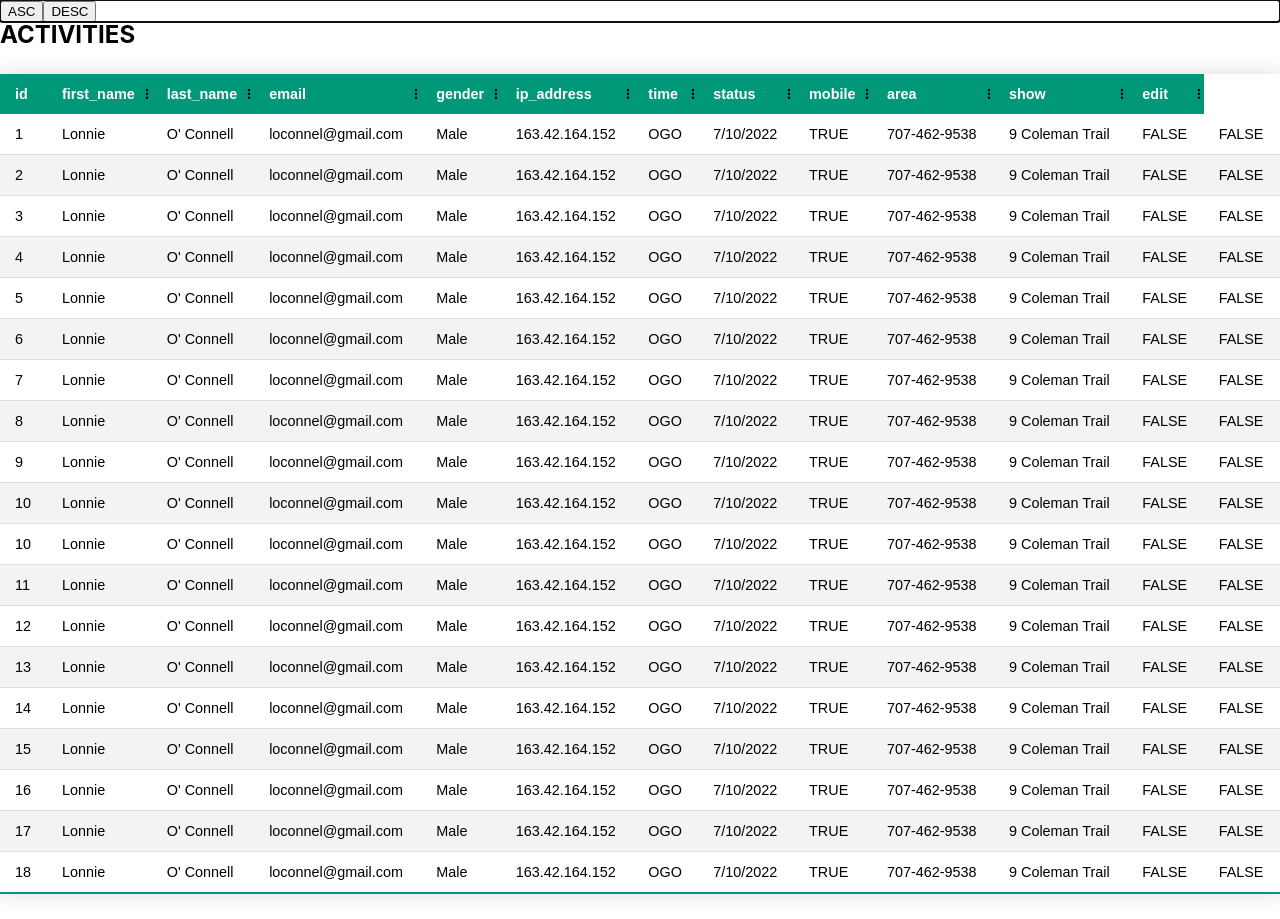
Repository: kartik077-cr7/Ckart
Page: /, after clicking the first element matching `img`
The author's editor kept a copy of each file at every save. The page is drawn from the files as they stood at one save, then again after the next save.
The browser window is 1280 px wide. The pictures show the whole page.
The project was rebuilt for these pictures with package versions that can differ from the ones it lists, and the page was loaded fresh each time.

Above is the page before, as saved 2022-12-10 17:47:25.

### src/App.js
import Table from "./components/Table";
import './App.css';

const driversData = [
  {
    id: 1,
    first_name: "Lonnie",
		last_name: "O' Connell ",
		email: "loconnel@gmail.com",
		gender: "Male",
		ip_address: "163.42.164.152",
		airport_code:"OGO",
		time:"7/10/2022",
		status:"TRUE",
		mobile:"707-462-9538",
		area: "9 Coleman Trail",
		show: "FALSE",
		edit: "FALSE"
  },
  {
    id: 2,
    first_name: "Lonnie",
		last_name: "O' Connell ",
		email: "loconnel@gmail.com",
		gender: "Male",
		ip_address: "163.42.164.152",
		airport_code:"OGO",
		time:"7/10/2022",
		status:"TRUE",
		mobile:"707-462-9538",
		area: "9 Coleman Trail",
		show: "FALSE",
		edit: "FALSE"
  },
  {
    id: 3,
    first_name: "Lonnie",
		last_name: "O' Connell ",
		email: "loconnel@gmail.com",
		gender: "Male",
		ip_address: "163.42.164.152",
		airport_code:"OGO",
		time:"7/10/2022",
		status:"TRUE",
		mobile:"707-462-9538",
		area: "9 Coleman Trail",
		show: "FALSE",
		edit: "FALSE"
  },
  {
    id: 4,
    first_name: "Lonnie",
		last_name: "O' Connell ",
		email: "loconnel@gmail.com",
		gender: "Male",
		ip_address: "163.42.164.152",
		airport_code:"OGO",
		time:"7/10/2022",
		status:"TRUE",
		mobile:"707-462-9538",
		area: "9 Coleman Trail",
		show: "FALSE",
		edit: "FALSE"
  },
  {
    id: 5,
		first_name: "Lonnie",
		last_name: "O' Connell ",
		email: "loconnel@gmail.com",
		gender: "Male",
		ip_address: "163.42.164.152",
		airport_code:"OGO",
		time:"7/10/2022",
		status:"TRUE",
		mobile:"707-462-9538",
		area: "9 Coleman Trail",
		show: "FALSE",
		edit: "FALSE"
  },
  {
    id: 6,
		first_name: "Lonnie",
		last_name: "O' Connell ",
		email: "loconnel@gmail.com",
		gender: "Male",
		ip_address: "163.42.164.152",
		airport_code:"OGO",
		time:"7/10/2022",
		status:"TRUE",
		mobile:"707-462-9538",
		area: "9 Coleman Trail",
		show: "FALSE",
		edit: "FALSE"
  },
  {
    id: 7,
		first_name: "Lonnie",
		last_name: "O' Connell ",
		email: "loconnel@gmail.com",
		gender: "Male",
		ip_address: "163.42.164.152",
		airport_code:"OGO",
		time:"7/10/2022",
		status:"TRUE",
		mobile:"707-462-9538",
		area: "9 Coleman Trail",
		show: "FALSE",
		edit: "FALSE"
  },
  {
    id: 8,
		first_name: "Lonnie",
		last_name: "O' Connell ",
		email: "loconnel@gmail.com",
		gender: "Male",
		ip_address: "163.42.164.152",
		airport_code:"OGO",
		time:"7/10/2022",
		status:"TRUE",
		mobile:"707-462-9538",
		area: "9 Coleman Trail",
		show: "FALSE",
		edit: "FALSE"
  },
  {
    id: 9,
		first_name: "Lonnie",
		last_name: "O' Connell ",
		email: "loconnel@gmail.com",
		gender: "Male",
		ip_address: "163.42.164.152",
		airport_code:"OGO",
		time:"7/10/2022",
		status:"TRUE",
		mobile:"707-462-9538",
		area: "9 Coleman Trail",
		show: "FALSE",
		edit: "FALSE"
  },
  {
    id: 10,
    first_name: "Lonnie",
		last_name: "O' Connell ",
		email: "loconnel@gmail.com",
		gender: "Male",
		ip_address: "163.42.164.152",
		airport_code:"OGO",
		time:"7/10/2022",
		status:"TRUE",
		mobile:"707-462-9538",
		area: "9 Coleman Trail",
		show: "FALSE",
		edit: "FALSE"
  },
  {
    id: 10,
		first_name: "Lonnie",
		last_name: "O' Connell ",
		email: "loconnel@gmail.com",
		gender: "Male",
		ip_address: "163.42.164.152",
		airport_code:"OGO",
		time:"7/10/2022",
		status:"TRUE",
		mobile:"707-462-9538",
		area: "9 Coleman Trail",
		show: "FALSE",
		edit: "FALSE"

  },
  {
    id: 11,
    first_name: "Lonnie",
		last_name: "O' Connell ",
		email: "loconnel@gmail.com",
		gender: "Male",
		ip_address: "163.42.164.152",
		airport_code:"OGO",
		time:"7/10/2022",
		status:"TRUE",
		mobile:"707-462-9538",
		area: "9 Coleman Trail",
		show: "FALSE",
		edit: "FALSE"
  },
  {
    id: 12,
    first_name: "Lonnie",
		last_name: "O' Connell ",
		email: "loconnel@gmail.com",
		gender: "Male",
		ip_address: "163.42.164.152",
		airport_code:"OGO",
		time:"7/10/2022",
		status:"TRUE",
		mobile:"707-462-9538",
		area: "9 Coleman Trail",
		show: "FALSE",
		edit: "FALSE"
  },
  {
    id: 13,
		first_name: "Lonnie",
		last_name: "O' Connell ",
		email: "loconnel@gmail.com",
		gender: "Male",
		ip_address: "163.42.164.152",
		airport_code:"OGO",
		time:"7/10/2022",
		status:"TRUE",
		mobile:"707-462-9538",
		area: "9 Coleman Trail",
		show: "FALSE",
		edit: "FALSE"
  },
  {
    id: 14,
		first_name: "Lonnie",
		last_name: "O' Connell ",
		email: "loconnel@gmail.com",
		gender: "Male",
		ip_address: "163.42.164.152",
		airport_code:"OGO",
		time:"7/10/2022",
		status:"TRUE",
		mobile:"707-462-9538",
		area: "9 Coleman Trail",
		show: "FALSE",
		edit: "FALSE"
  },
  {
    id: 15,
		first_name: "Lonnie",
		last_name: "O' Connell ",
		email: "loconnel@gmail.com",
		gender: "Male",
		ip_address: "163.42.164.152",
		airport_code:"OGO",
		time:"7/10/2022",
		status:"TRUE",
		mobile:"707-462-9538",
		area: "9 Coleman Trail",
		show: "FALSE",
		edit: "FALSE"
  },
  {
    id: 16,
		first_name: "Lonnie",
		last_name: "O' Connell ",
		email: "loconnel@gmail.com",
		gender: "Male",
		ip_address: "163.42.164.152",
		airport_code:"OGO",
		time:"7/10/2022",
		status:"TRUE",
		mobile:"707-462-9538",
		area: "9 Coleman Trail",
		show: "FALSE",
		edit: "FALSE"
  },
  {
    id: 17,
		first_name: "Lonnie",
		last_name: "O' Connell ",
		email: "loconnel@gmail.com",
		gender: "Male",
		ip_address: "163.42.164.152",
		airport_code:"OGO",
		time:"7/10/2022",
		status:"TRUE",
		mobile:"707-462-9538",
		area: "9 Coleman Trail",
		show: "FALSE",
		edit: "FALSE"
  },
  {
    id: 18,
		first_name: "Lonnie",
		last_name: "O' Connell ",
		email: "loconnel@gmail.com",
		gender: "Male",
		ip_address: "163.42.164.152",
		airport_code:"OGO",
		time:"7/10/2022",
		status:"TRUE",
		mobile:"707-462-9538",
		area: "9 Coleman Trail",
		show: "FALSE",
		edit: "FALSE"
  },
];


function App() {
  return (
    <div className="App">
			<Table
			   data = {driversData}
			   headingColumns={["id","first_name","last_name","email","gender","ip_address","time","status","mobile","area","show","edit"]}
				 title = "Activities"
			/>
    </div>
  );
}

export default App;

### src/components/Table.js
import React from "react";
import Column from "./Column";

const Table = ({ data,headingColumns,title,handleFilter,sortedCol }) => {

	const rowDatas = data.map((row,index) => {

		let rowData = [];
		let i = 0;

		for(const key in row){
			rowData.push({
				key: headingColumns[i],
				val: row[key]
			});
			i++;
		}

		const checkStatus = (data) => {
			if(data.key == 'status')
			{
				if(data.val == 'FALSE')
				  return 'red';
				else
				  return 'green';
			}
			else
			  return '';
		}

		return <tr key={index}>
		{rowData.map((data, index) => <td key={index} className={checkStatus(data)}  data-heading={data.key}>{data.val}</td>)}
	  </tr>
	})

	return (
		<div className="table-container">
			<div className="table-title">
				<h2>{title.toUpperCase()}</h2>
			</div>
			<table className="table-class">
				<thead>
					<tr>
						{headingColumns.map((col,index) => (
							<Column sortedCol={sortedCol} handleFilter={handleFilter} key={index} column_name={col} index={index}/>
						))}
					</tr>
				</thead>
				<tbody>
					{rowDatas}
				</tbody>
			</table>
		</div>
	)
}

export default Table;

### src/App.css
.table-container{
	width: 100%;
}
.table-class{
	width: 100%;
	border-collapse: collapse;
	margin: 25px 0;
	font-size: 0.9em;
	font-family: sans-serif;
	min-width: 400px;
	box-shadow: 0 0 20px rgba(0, 0, 0, 0.15);
}

.table-class thead tr {
	background-color: #009879;
	color: #ffffff;
	text-align: left;
}

.table-class th,
.table-class td {
    padding: 12px 15px;
}

.table-class tbody tr {
	border-bottom: 1px solid #dddddd;
}

.table-class tbody tr:nth-of-type(even) {
	background-color: #f3f3f3;
}

.table-class tbody tr:last-of-type {
	border-bottom: 2px solid #009879;
}

.table-class tbody tr.active-row {
	font-weight: bold;
	color: #009879;
}

### src/components/Column.js
import React from 'react';
import { Modal } from '@mui/material';
import { Box } from '@mui/material';
import { useState } from 'react';
import Dots from "../svg/vertical_dot.svg";

const Column = ({column_name,index}) => {

	const [open, setOpen] = useState(false);

	const handleOpen = () => {
		console.log("opening modal ");
		setOpen(true);
	};

	const handleClose = () => {
    setOpen(false);
	};

	return (
		<th key = {index} style={{position:"relative"}}>
			{column_name}
			<Modal
			        hideBackdrop
							open={open}
							onClose={handleClose}
							aria-labelledby="child-modal-title"
							aria-describedby="child-modal-description"
			>
				<Box>
					<button>ASC</button>
					<button>DESC</button>
				</Box>
			</Modal>
			{ index != 0 && <img
			  onClick = {handleOpen}
				src = {Dots}
				style={{
					width: "10px",
					height: "10px",
					top: "15px",
					right: "0px",
					position: "absolute",
					cursor: "pointer",
				}}
			 />
			}
		</th>
	)
};

export default Column;

Loaded but not shown: public/index.html (common file); src/index.js (common file); src/index.css (common file); src/reportWebVitals.js (common file)

After the next save:
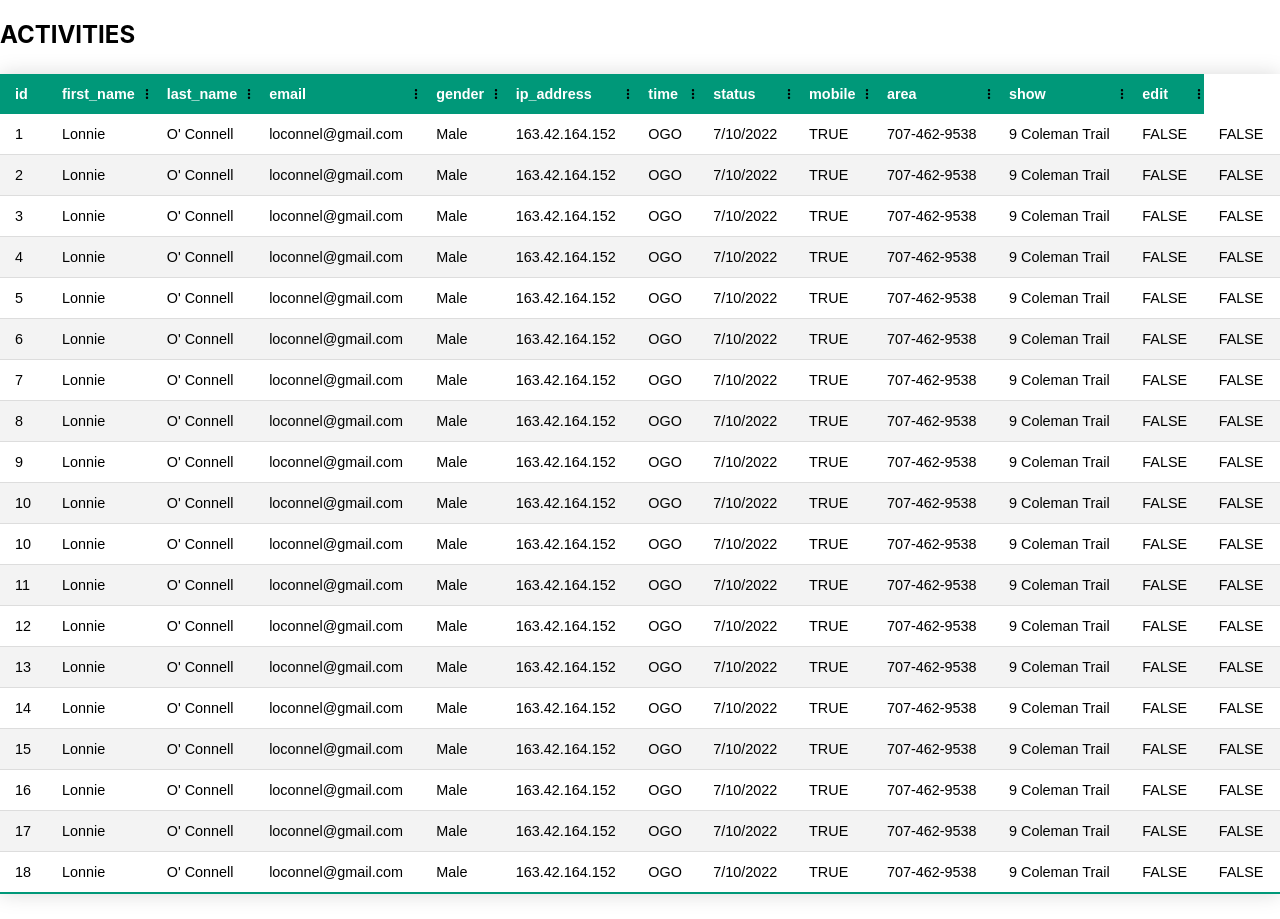
Saved 10 s later.
--- a/src/components/Column.js
+++ b/src/components/Column.js
@@ -20,18 +20,6 @@ const Column = ({column_name,index}) => {
 	return (
 		<th key = {index} style={{position:"relative"}}>
 			{column_name}
-			<Modal
-			        hideBackdrop
-							open={open}
-							onClose={handleClose}
-							aria-labelledby="child-modal-title"
-							aria-describedby="child-modal-description"
-			>
-				<Box>
-					<button>ASC</button>
-					<button>DESC</button>
-				</Box>
-			</Modal>
 			{ index != 0 && <img
 			  onClick = {handleOpen}
 				src = {Dots}
